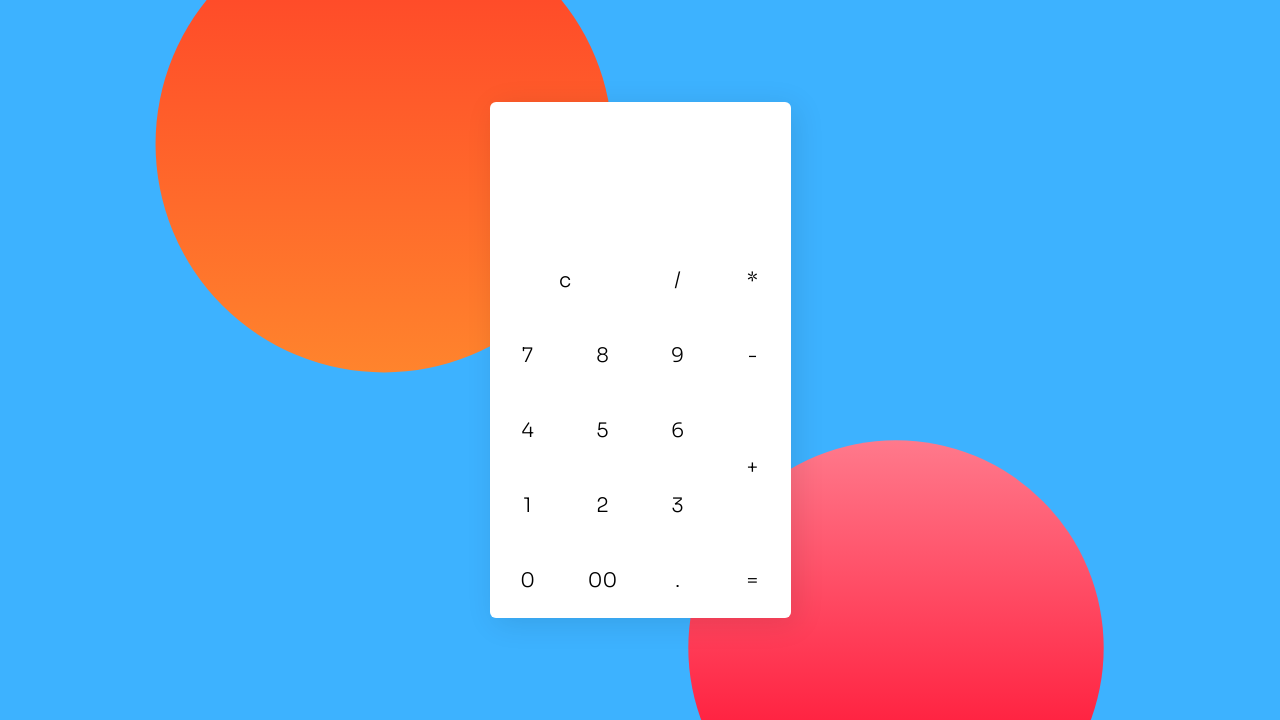
Repository: tharunkumaar404/Glass-Calci
Page: index.html
The author's editor kept a copy of each file at every save. The page is drawn from the files as they stood at one save, then again after the next save.
The browser window is 1280 px wide. The pictures show the whole page.

Above is the page before, as saved 2021-08-26 15:03:26.

After the next save:
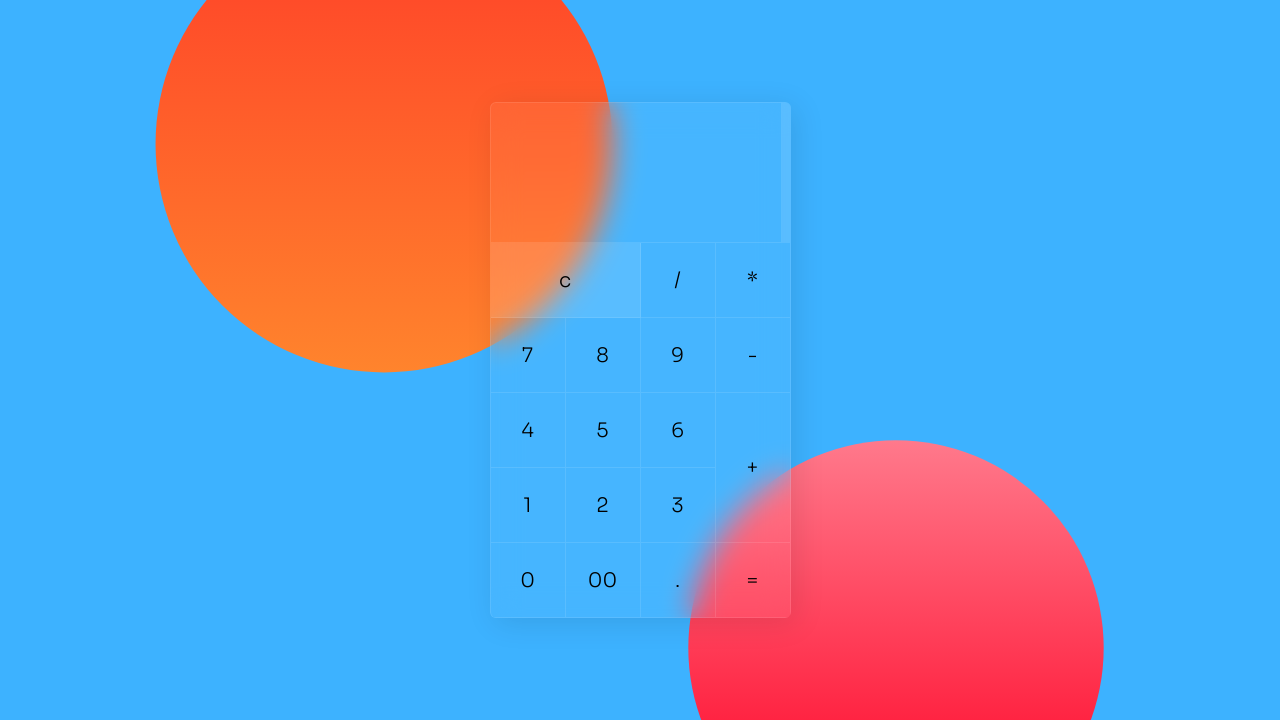
Saved 2 min 49 s later.
--- a/styles.css
+++ b/styles.css
@@ -38,7 +38,7 @@ body::after{
 
 .container{
     position:relative;
-    background: rgba(255,255,255);
+    background: rgba(255,255,255,0.05);
     border-radius: 6px;
     overflow: hidden;
     z-index:10;
